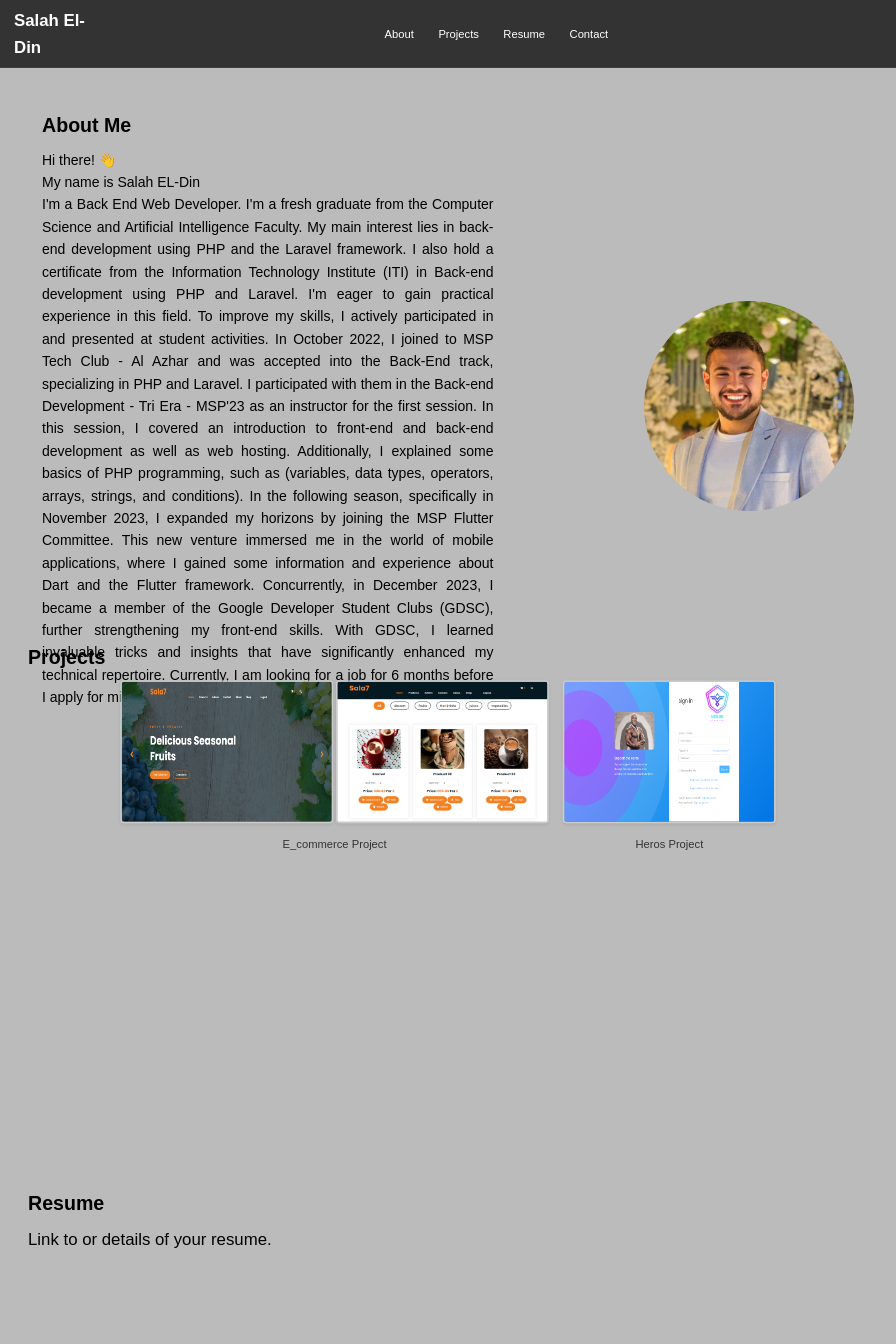
Repository: Salah-Wael/Salah-EL-Din-Portfolio
Page: index.html
These files come from the project's save history. The page is drawn as it stood at one moment and after the next save; the edit follows.
The browser window is 1280 px wide. The pictures show the part of the page from y = 0 to 1920 px (the page is 3237 px tall), at 70% of full size.

Above is the page before, as saved 2024-07-13 04:24:48.

### index.html
<!DOCTYPE html>
<html lang="en">
<head>
  <meta charset="UTF-8">
  <meta name="viewport" content="width=device-width, initial-scale=1.0">
  <title>Salah EL-Din Portfolio</title>
  <link rel="stylesheet" href="./style.css">
</head>
<body>
  <nav>
    <h1>Salah El-Din</h1>
    <ul>
      <li><a href="#about">About</a></li>
      <li><a href="#projects">Projects</a></li>
      <li><a href="#resume">Resume</a></li>
      <li><a href="#contact">Contact</a></li>
    </ul>
  </nav>
  <section id="about">
    <div class="about">
      <div>
        <h2>About Me</h2>
        <p>
          Hi there! 👋<br>
          My name is Salah EL-Din <br> I'm a <span>Back End Web Developer.</span>
          I'm a fresh graduate from the Computer Science and Artificial Intelligence Faculty. My main interest lies in back-end development using PHP and the Laravel framework. I also hold a certificate from the Information Technology Institute (ITI) in Back-end development using PHP and Laravel. I'm eager to gain practical experience in this field.
          To improve my skills, I actively participated in and presented at student activities.
          In October 2022, I joined to MSP Tech Club - Al Azhar and was accepted into the Back-End track, specializing in PHP and Laravel. I participated with them in the Back-end Development - Tri Era - MSP'23 as an instructor for the first session. In this session, I covered an introduction to front-end and back-end development as well as web hosting. Additionally, I explained some basics of PHP programming, such as (variables, data types, operators, arrays, strings, and conditions).
          In the following season, specifically in November 2023, I expanded my horizons by joining the MSP Flutter Committee. This new venture immersed me in the world of mobile applications, where I gained some information and experience about Dart and the Flutter framework. Concurrently, in December 2023, I became a member of the Google Developer Student Clubs (GDSC), further strengthening my front-end skills. With GDSC, I learned invaluable tricks and insights that have significantly enhanced my technical repertoire.
          Currently, I am looking for a job for 6 months before I apply for military service in January.
        </p>
      </div>
      <div>
        <img src="./img/Salah EL-Din Wael2.jpg" alt="Salah EL-Din">
      </div>
    </div>
  </section>
  <section id="projects">
    <h2>Projects</h2>

    <div class="projects-container">
      <div class="project">
        <a href="https://sala7.great-site.net/" target="_blank">
          <img src="img/projects/ecommerce home.png" alt="Sala7 E_commerce">
          <img src="img/projects/products.png" alt="Sala7 E_commerce">
          <p>E_commerce Project</p>
        </a>
      </div>
      <div class="project">
        <a href="https://heros.rf.gd/" target="_blank">
          <img src="img/projects/heros registration.png" alt="Sala7 E_commerce">
          <p>Heros Project</p>
        </a>
      </div>
    </div>
  </section>
  <section id="resume">
    <h2>Resume</h2>
    <p>Link to or details of your resume.</p>
  </section>
  <section id="contact">
    <h2>Contact</h2>
    <p>Contact information.</p>
  </section>
</body>
</html>

### style.css
/* Reset some basic styles */
body, h1, h2, p, ul, li, a {
  margin: 0;
  padding: 0;
  list-style: none;
  text-decoration: none;
  font-family: Arial, sans-serif;
}

/* General body styling */
body {
  font-family: Arial, sans-serif;
  line-height: 1.6;
  background-color: #bbb;
}

/* Styling for navigation bar */
nav {
  background-color: #333;
  color: white;
  display: flex;
  justify-content: space-between;
  align-items: center;
  padding: 10px 20px;
}

nav h1 {
  font-size: 24px;
}

nav ul {
  display: flex;
  justify-content: center;
  width: 90%;
  gap: 15px;
}

nav ul li {
  list-style: none;
}

nav ul li a {
  color: white;
  text-decoration: none;
  padding: 5px 10px;
}

nav ul li a:hover {
  background-color: #575757;
  border-radius: 5px;
}

/* Section styling */
section {
  padding: 20px;
  margin: 20px;
  /* width: 100%; */
  height: 100vh;
}

section h2 {
  font-size: 28px;
  margin-bottom: 10px;
}

section p {
  font-size: 24px;
}

.about{
  display: flex;
  justify-content: space-between;
  align-items: center;
  margin: 20px;

}

.about div p{
  width: 75%;
  font-size: 20px;
  text-align: justify;
}
.about div img{
  width: 300px;
  height: 300px;
  border-radius: 50%;
}

/* Projects section styling */
.projects-container {
  display: flex;
  gap: 20px;
  flex-wrap: wrap;
  justify-content: center;
}

.project {
  text-align: center;
}

.project img {
  width: 300px;
  height: 200px;
  border: 2px solid #ccc;
  border-radius: 5px;
  box-shadow: 0 2px 5px rgba(0, 0, 0, 0.1);
  margin-bottom: 10px;
}

.project p {
  font-size: 16px;
  color: #333;
}

.project a {
  color: inherit;
  text-decoration: none;
}

.project a:hover img {
  border-color: #333;
}

After the next save:
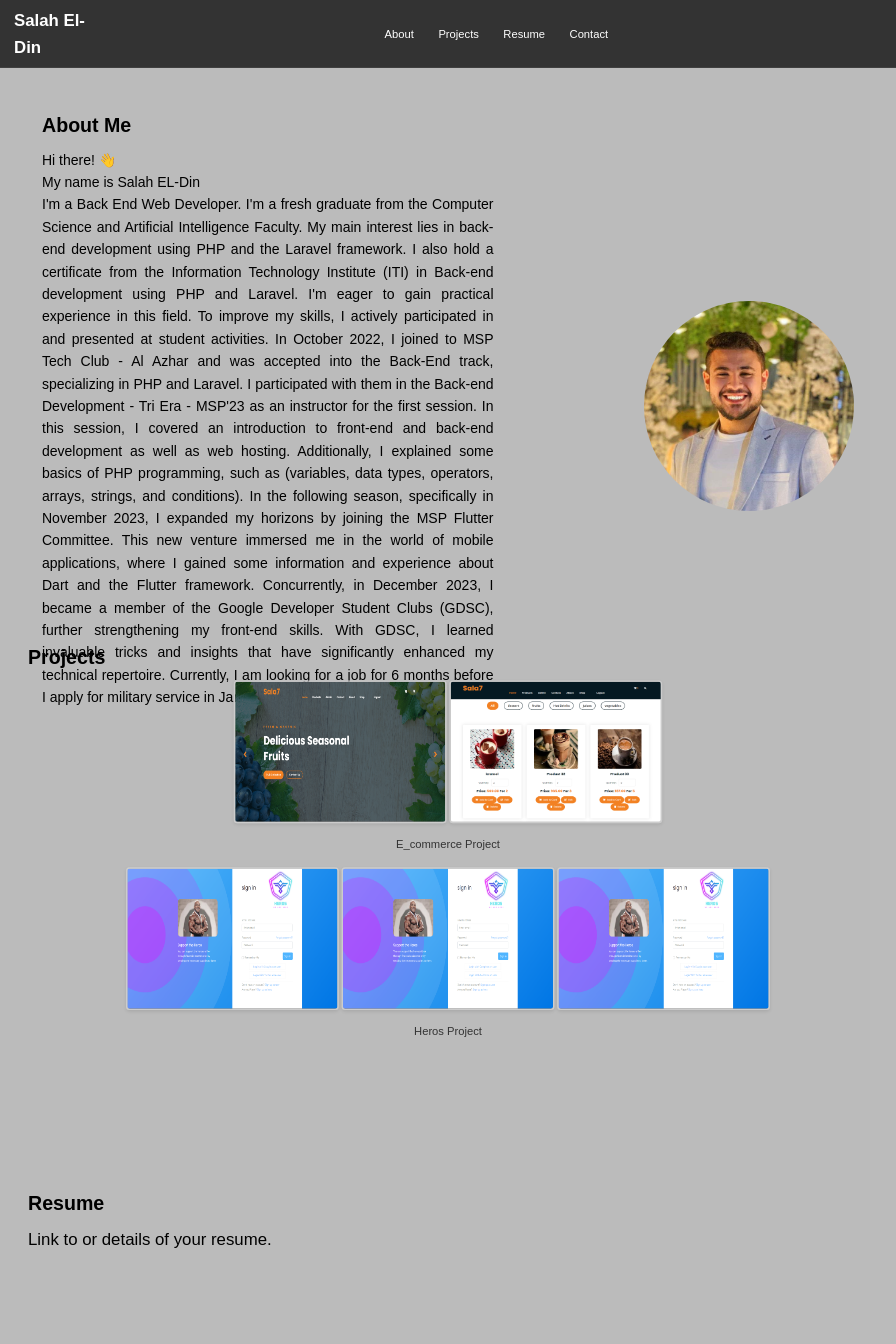
Saved 50 min 6 s later.
--- a/index.html
+++ b/index.html
@@ -49,6 +49,8 @@
       <div class="project">
         <a href="https://heros.rf.gd/" target="_blank">
           <img src="img/projects/heros registration.png" alt="Sala7 E_commerce">
+          <img src="img/projects/heros registration.png" alt="Sala7 E_commerce">
+          <img src="img/projects/heros registration.png" alt="Sala7 E_commerce">
           <p>Heros Project</p>
         </a>
       </div>
